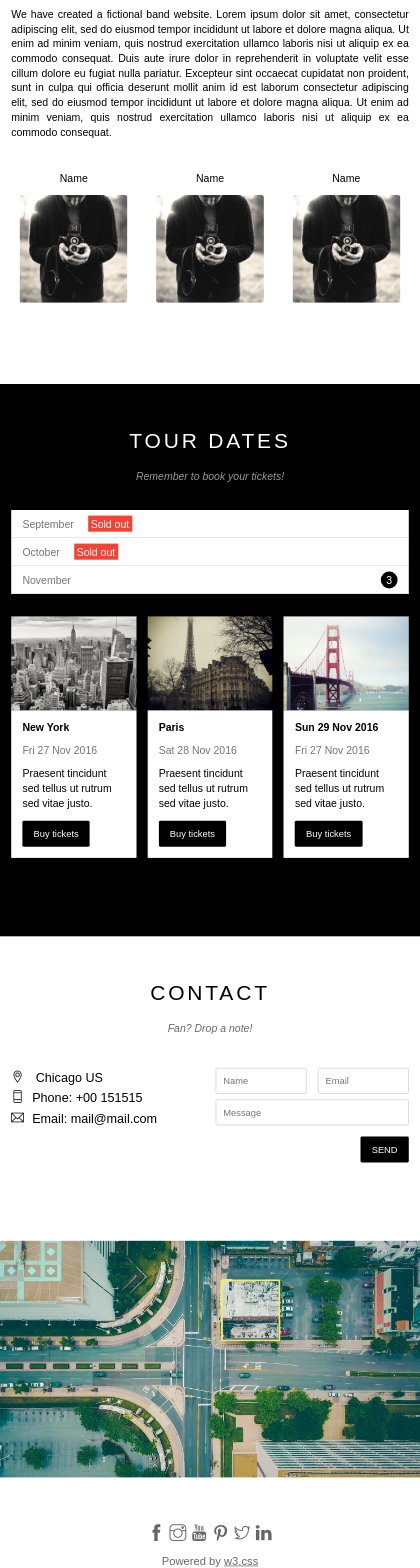
Repository: Phunobita/The-band-w3school
Page: index.html
An editor plug-in stored every save of this project. The page is shown before and after the next save, followed by the edit.
The browser window is 600 px wide. The pictures show the part of the page from y = 502 to 2742 px (the page is 2805 px tall before and 3275 px after), at 70% of full size.

Above is the page before, as saved 2021-12-03 22:54:23.

### index.html
<!DOCTYPE html>
<html lang="en">

<head>
    <meta charset="UTF-8">
    <meta http-equiv="X-UA-Compatible" content="IE=edge">
    <meta name="viewport" content="width=device-width, initial-scale=1.0">
    <title>The band</title>
    <link rel="stylesheet" href="./assets/fonts/themify-icons-font/themify-icons/themify-icons.css">
    <link rel="stylesheet" href="./assets/css/style.css">
    <link rel="stylesheet" href="./assets/css/responsive.css">
    <link rel="icon" href="/assets/img/hinh-anh-mua-thu-dep-nhat.jpg" type="image/x-icon" />
</head>

<body>
    <div id="main">
        <div id="header">
            <!--Begin nav-->
            <ul id="nav">
                <li><a href="#">Home</a></li>
                <li><a href="#band">Band</a></li>
                <li><a href="#tour">Tour</a></li>
                <li><a href="#contact">Contact</a></li>
                <li>
                    <a href="#">
                        More
                        <i class="nav-arrow-down ti-angle-down"></i>
                    </a>
                    <ul class="subnav">
                        <li><a href="#">Merchandise</a></li>
                        <li><a href="#">Extras</a></li>
                        <li><a href="#">Media</a></li>
                    </ul>
                </li>
            </ul>
            <!--End nav-->
            <div class="search-btn">
                <i class="search-icon ti-search"></i>
            </div>

            <div id="mobile-menu" class="mobile-menu-btn">
                <i class="menu-icon ti-menu-alt"></i>
            </div>
        </div>

        <div id="slider">
            <div class="text-content">
                <h2 class="heading">New York</h2>
                <div class="content">The atmosphere in New York is lorem ipsum</div>
            </div>
        </div>
        <!--About section-->
        <div id="content">
            <div id="band" class="content-section">
                <h2 class="section-heading">THE BAND</h2>
                <p class="section-sub-heading">We love music</p>
                <p class="about-text">We have created a fictional band website. Lorem ipsum dolor sit amet, consectetur
                    adipiscing elit, sed do eiusmod tempor incididunt ut labore et dolore magna aliqua. Ut enim ad minim
                    veniam, quis nostrud exercitation ullamco laboris nisi ut aliquip ex ea commodo consequat. Duis aute
                    irure dolor in reprehenderit in voluptate velit esse cillum dolore eu fugiat nulla pariatur.
                    Excepteur sint occaecat cupidatat non proident, sunt in culpa qui officia deserunt mollit anim id
                    est laborum consectetur adipiscing elit, sed do eiusmod tempor incididunt ut labore et dolore magna
                    aliqua. Ut enim ad minim veniam, quis nostrud exercitation ullamco laboris nisi ut aliquip ex ea
                    commodo consequat.</p>
                <div class=" row member-list">
                    <div class="member-item col col-third text-center">
                        <p class="member-name">Name</p>
                        <img src="./assets/img/tv.jpg" alt="Name" class="member-img">
                    </div>
                    <div class="member-item col col-third text-center">
                        <p class="member-name">Name</p>
                        <img src="./assets/img/tv.jpg" alt="Name" class="member-img">
                    </div>
                    <div class="member-item col col-third text-center">
                        <p class="member-name">Name</p>
                        <img src="./assets/img/tv.jpg" alt="Name" class="member-img">
                    </div>
                </div>
            </div>

            <!--Tour section-->
            <div id="tour" class="tour__section">
                <div class="content-section">
                    <h2 class="section-heading text-white">TOUR DATES</h2>
                    <p class="section-sub-heading text-white">Remember to book your tickets!</p>

                    <ul class="ticket__list">
                        <li class="ticket__list-item">
                            September
                            <span class="sold-out">Sold out</span>
                        </li>
                        <li class="ticket__list-item">
                            October
                            <span class="sold-out">Sold out</span>
                        </li>
                        <li class="ticket__list-item">
                            November
                            <span class="quantity">3</span>
                        </li>
                    </ul>
                    <div class="row place__list">
                        <div class="col col-third ">
                            <img src="./assets/img/newyork.jpg" alt="New York" class="place__img">
                            <div class="place-body">
                                <h3 class="place-heading">New York</h3>
                                <p class="place-time">Fri 27 Nov 2016</p>
                                <p class="place-description">Praesent tincidunt sed tellus ut rutrum sed vitae justo.
                                </p>
                                <button href="#" class="btn js-buy-ticket">Buy tickets</button>
                            </div>
                        </div>
                        <div class="col col-third ">
                            <img src="./assets/img/paris.jpg" alt="New York" class="place__img">
                            <div class="place-body">
                                <h3 class="place-heading">Paris</h3>
                                <p class="place-time">Sat 28 Nov 2016</p>
                                <p class="place-description">Praesent tincidunt sed tellus ut rutrum sed vitae justo.
                                </p>
                                <button href="#" class="btn js-buy-ticket">Buy tickets</button>
                            </div>
                        </div>
                        <div class="col col-third ">
                            <img src="./assets/img/sanfran.jpg" alt="New York" class="place__img">
                            <div class="place-body">
                                <h3 class="place-heading">Sun 29 Nov 2016</h3>
                                <p class="place-time">Fri 27 Nov 2016</p>
                                <p class="place-description">Praesent tincidunt sed tellus ut rutrum sed vitae justo.
                                </p>
                                <button href="#" class="btn js-buy-ticket">Buy tickets</button>
                            </div>
                        </div>
                    </div>
                </div>
            </div>
            <!--Contact section-->
            <div id="contact" class="content-section">
                <h2 class="section-heading">CONTACT</h2>
                <p class="section-sub-heading">Fan? Drop a note!</p>

                <div class="row contact-content">
                    <div class="col col-half contact-info">
                        <p><i class="contact-icon ti-location-pin"></i> Chicago US</p>
                        <p><i class="contact-icon ti-mobile"></i>Phone: +00 151515</p>
                        <p><i class="contact-icon ti-email"></i>Email: mail@mail.com</p>
                    </div>
                    <div class="col col-half contact-form">
                        <form action="">
                            <div class="row">
                                <div class="col col-half">
                                    <input type="text" name="" required id="" class="form-control" placeholder="Name">
                                </div>
                                <div class="col col-half">
                                    <input type="email" name="" required id="" class="form-control" placeholder="Email">
                                </div>
                            </div>
                            <div class="row mt-8">
                                <div class="col col-full">
                                    <input type="" name="" required id="" class="form-control" placeholder="Message">
                                </div>
                            </div>
                            <input class="btn pull-right mt-16" type="submit" value="SEND">
                        </form>
                    </div>
                </div>
            </div>

            <div class="map-section">
                <img src="/assets/img/map (1).jpg" alt="">

            </div>

            <div id="footer">
                <div class="social-list">
                    <a href=""><i class="ti-facebook"></i></a>
                    <a href=""><i class="ti-instagram"></i></a>
                    <a href=""><i class="ti-youtube"></i></a>
                    <a href=""><i class="ti-pinterest"></i></a>
                    <a href=""><i class="ti-twitter"></i></a>
                    <a href=""><i class="ti-linkedin"></i></a>
                </div>
                <p class="copyright">Powered by <a href="">w3.css</a></p>
            </div>
        </div>

        <div class="modal js-modal">
            <div class="modal-container js-modal-container">
                <div class="modal-close js-modal-close">
                    <i class="ti-close"></i>
                </div>

                <header class="modal-header">
                    <i class="modal-heading-icon ti-bag"></i>
                    Tickets
                </header>

                <div class="modal-body">
                    <label for="ticket-quantity" class="modal-label">
                        <i class="ti-shopping-cart"></i>
                        Tickets, $15 per person
                    </label>
                    <input id="ticket-quantity" type="text" class="modal-input" placeholder="How many?">

                    <label for="ticket-email" class="modal-label">
                        <i class="ti-user"></i>
                        Send To
                    </label>
                    <input id="ticket-email" type="email" class="modal-input" placeholder="Enter email">
                    <button id="buy-ticket">
                        Pay <i class="ti-check"></i>
                    </button>
                </div>
                <footer class="modal-footer">
                    <p class="modal-help">Need <a href="">help?</a></p>
                </footer>
            </div>
        </div>
    </div>

    <script>
        const buyBtns = document.querySelectorAll('.js-buy-ticket')
        const modal = document.querySelector('.js-modal')
        const modalContainer = document.querySelector('.js-modal-container')
        const modalClose = document.querySelector('.js-modal-close')

        function showBuyTickets() {
            modal.classList.add('open')
        }

        function hideBuyTickets() {
            modal.classList.remove('open')
        }

        for (const buyBtn of buyBtns) {
            buyBtn.addEventListener('click', showBuyTickets)
        }

        modalClose.addEventListener('click', hideBuyTickets)
        modal.addEventListener('click', hideBuyTickets)
        modalContainer.addEventListener('click', function (event) {
            event.stopPropagation()
        }
        )
    </script>

    <script>
        var header = document.getElementById('header');
        var mobileMenu = document.getElementById('mobile-menu');
        var headerHeight = header.clientHeight;

        mobileMenu.onclick = function () {
            var isClose = header.clientHeight === headerHeight;
            if (isClose) {
                header.style.height = 'auto';
            }
            else {
                header.style.height = null;
            }
        }

        //
        var menuItems = document.querySelectorAll('#nav li a[href*="#"]');
        for (var i = 0; i < menuItems.length; i++) {
            var menuItem = menuItems[i];
            var isParentMenu = menuItem.nextElementSibling && menuItem.nextElementSibling.classList.contains('subnav')

            menuItem.onclick = function (event) {
                var isParentMenu = this.nextElementSibling && this.nextElementSibling.classList.contains('subnav')
                if (!isParentMenu) {
                    header.style.height = null;
                }
                else {
                    event.preventDefault();
                }
            }
        }
    </script>
</body>

</html>

### assets/css/style.css
* {
  padding: 0;
  margin: 0;
  box-sizing: border-box;
}
html {
  scroll-behavior: smooth;
  font-family: Arial, Helvetica, sans-serif;
}
/*
1.vi tri
2. kich thuoc
3.Mau sac
4. Hinh dang
*/
.clear {
  clear: both;
}

.text-white {
  color: #fff !important;
}

.text-center {
  text-align: center !important;
}

.pull-right {
  float: right;
}
.row {
  margin-left: -8px;
  margin-right: -8px;
}
.row::after {
  content: "";
  display: block;
  clear: both;
}

.col {
  float: left;
  padding-left: 8px;
  padding-right: 8px;
}

.col-full {
  width: 100%;
}

.col-half {
  width: 50%;
}
.col-third {
  width: 33.3333%;
}

.mt-8 {
  margin-top: 8px !important;
}

.mt-16 {
  margin-top: 16px !important;
}

.btn {
  display: inline-block;
  background-color: black;
  border: none;
  color: #fff;
  text-decoration: none;
  padding: 11px 16px;
  margin-top: 15px;
  border-radius: 2px;
  cursor: pointer;
}
.btn:hover {
  color: #000;
  background-color: #ccc;
}
#main {
}
#header {
  height: 46px;
  background-color: black;
  position: fixed;
  top: 0;
  left: 0;
  right: 0;
  z-index: 1;
}
#nav {
  display: inline-block;
}
#nav,
.subnav {
  list-style-type: none;
}
#nav > li > a {
  color: #fff;
  text-transform: uppercase;
}
#nav li a {
  text-decoration: none;
  line-height: 46px;
  padding: 0 24px;
  display: block;
}
#nav > li:hover > a,
#nav .subnav li:hover a {
  color: black;
  background-color: #ccc;
}
#nav li:hover .subnav {
  display: block;
}
#nav > li {
  display: inline-block;
  position: relative;
}
#nav .nav-arrow-down {
  font-size: 14px;
}
#nav .subnav {
  display: none;
  min-width: 160px;
  position: absolute;
  top: 100%;
  background-color: white;
  box-shadow: 0 0 10px rgba(0, 0, 0, 0.3);
}
#nav .subnav a {
  color: black;
  padding: 0 12px;
  line-height: 38px;
}

#header .mobile-menu-btn {
  position: absolute;
  top: 0;
  right: 0;
  display: none;
}

#header .mobile-menu-btn,
#header .search-btn {
  float: right;
  padding: 0 21px;
}
#header .search-btn:hover {
  background-color: #f44336;
  cursor: pointer;
}
#header .mobile-menu-btn:hover {
  background-color: #ccc;
}
#header .mobile-menu-btn:hover .menu-icon {
  color: #000;
}
.menu-icon,
#header .search-icon {
  color: #fff;
  font-size: 20px;
  line-height: 46px;
}
#header .search-btn:hover {
  background-color: #f44336;
}
#slider {
  margin-top: 46px;
  padding-top: 50%;
  position: relative;
  background: url("/assets/img/slider1.jpg") top center / cover no-repeat;
}

#slider .text-content {
  position: absolute;
  bottom: 47px;
  color: white;
  width: 100%;
  text-align: center;
}
#silder .heading {
  font-weight: 500px;
  font-size: 24px;
}
#slider .content {
  font-size: 15px;
  margin-top: 25px;
}
#content {
}
#content .content-section {
  padding: 64px 0 112px;
  width: 800px;
  max-width: 100%;
  margin-left: auto;
  margin-right: auto;
  padding-left: 16px;
  padding-right: 16px;
}
#content .section-heading {
  font-size: 30px;
  font-weight: 500;
  text-align: center;
  letter-spacing: 4px;
}
#content .section-sub-heading {
  font-size: 15px;
  text-align: center;
  margin-top: 25px;
  font-style: italic;
  opacity: 0.6;
}
#content .about-text {
  margin-top: 25px;
  text-align: justify;
  line-height: 1.4;
  font-size: 15px;
}

#content .member-list {
  margin-top: 48px;
}
#content .member-name {
  font-size: 15px;
  margin-bottom: 15px;
}
#content .member-img {
  width: 154px;
  border-radius: 4px;
}

/* Tour section */
.tour__section {
  background-color: #000;
}

.ticket__list {
  background-color: #fff;
  margin-top: 40px;
  list-style: none;
}
.ticket__list-item {
  color: #757575;
  font-size: 15px;
  padding: 11px 16px;
  border-bottom: 1px solid #ddd;
}
.ticket__list .sold-out {
  color: #fff;
  background-color: #f44336;
  padding: 3px 4px;
  margin-left: 16px;
}
.ticket__list .quantity {
  float: right;
  width: 24px;
  height: 24px;
  background-color: #000;
  color: #fff;
  border-radius: 50%;
  text-align: center;
  line-height: 24px;
  margin-top: -3px;
}

/*  Place body*/
.place__list {
  margin-top: 32px;
}

.place__img {
  width: 100%;
  display: block;
}
.place__img:hover {
  opacity: 0.7;
}
.place-body {
  background-color: #fff;
  padding: 16px;
  font-size: 15px;
}
.place-heading {
  font-size: 15px;
  font-weight: 600;
}
.place-time {
  margin-top: 15px;
  color: #757575;
}
.place-description {
  margin-top: 15px;
  line-height: 1.4;
}

/* Modal */
.modal {
  position: fixed;
  top: 0;
  left: 0;
  bottom: 0;
  right: 0;
  background-color: rgba(0, 0, 0, 0.4);
  align-items: center;
  justify-content: center;
  display: none;
}
.modal.open {
  display: flex;
}
.modal-container {
  background-color: #fff;
  width: 900px;
  max-width: calc(100% - 32px);
  min-height: 200px;
  position: relative;
  animation: modalFadeIn ease 0.5s;
}
.modal-header {
  background-color: #009688;
  height: 130px;
  display: flex;
  align-items: center;
  justify-content: center;
  font-size: 30px;
  color: #fff;
}
.modal-heading-icon {
  margin-right: 16px;
}
.modal-close {
  position: absolute;
  right: 0;
  top: 0;
  padding: 16px;
  cursor: pointer;
  color: #fff;
}
.modal-close:hover {
  background-color: #ccc;
}
.modal-body {
  padding: 16px;
}

.modal-label {
  display: block;
  font-size: 15px;
  margin-bottom: 12px;
}

.modal-input {
  border: 1px solid #ccc;
  font-size: 15px;
  width: 100%;
  padding: 10px;
  margin-bottom: 24px;
}
#buy-ticket {
  background-color: #009688;
  border: none;
  width: 100%;
  padding: 18px;
  font-size: 15px;
  color: #fff;
  text-transform: uppercase;
  font-weight: 700;
  cursor: pointer;
}
#buy-ticket:hover {
  opacity: 0.8;
}

.modal-footer {
  padding: 16px;
  text-align: right;
}
.modal-help a {
  color: #2196f3;
}

/* Contact form */
.contact-content {
  margin-top: 48px;
}

.contact-info {
  font-size: 18px;
  line-height: 1.6;
}

.contact-icon {
  display: inline-block;
  width: 30px;
}

.contact-form {
  font-size: 15px;
}

.contact-form .form-control {
  padding: 10px;
  border: 1px solid #ccc;
  width: 100%;
  outline: border 1px solid;
}
.contact-form input {
  border-radius: 2px;
}
/* map section */
.map-section img {
  width: 100%;
}

#footer {
  padding: 64px 16px;
  text-align: center;
}

#footer .social-list {
  font-size: 24px;
}
#footer .social-list a {
  color: rgba(0, 0, 0, 0.6);
  text-decoration: none;
}
#footer .copyright a:hover,
#footer .social-list a :hover {
  color: rgba(0, 0, 0, 0.4);
}

#footer .copyright {
  margin-top: 15px;
  color: rgba(0, 0, 0, 0.6);
}
#footer .copyright a {
  color: rgba(0, 0, 0, 0.6);
}
@keyframes modalFadeIn {
  from {
    opacity: 0;
    transform: translateY(-150px);
  }
  to {
    opacity: 1;
    transform: translateY(0);
  }
}

### assets/css/responsive.css
@media (max-width: 1024px) {
}

@media (min-width: 740px) and (max-width: 1023px) {
}

@media (max-width: 740px) {
  #header {
    overflow: hidden;
  }
  #header .mobile-menu-btn {
    display: block;
  }
  #header .search-btn {
    display: none;
  }

  #nav > li {
    display: block;
  }
  #nav li a {
    padding: 2px 24px;
  }
  #nav {
    display: block;
  }
  #nav > li:first-child {
    display: inline-block;
  }

  #nav .subnav {
    position: initial;
    background-color: #333;
  }
  #nav .subnav a {
    color: #fff;
    padding: 5px 41px;
  }

  #content .member-item {
  }
}

Loaded but not shown: assets/fonts/themify-icons-font/themify-icons/themify-icons.css (common file)

After the next save:
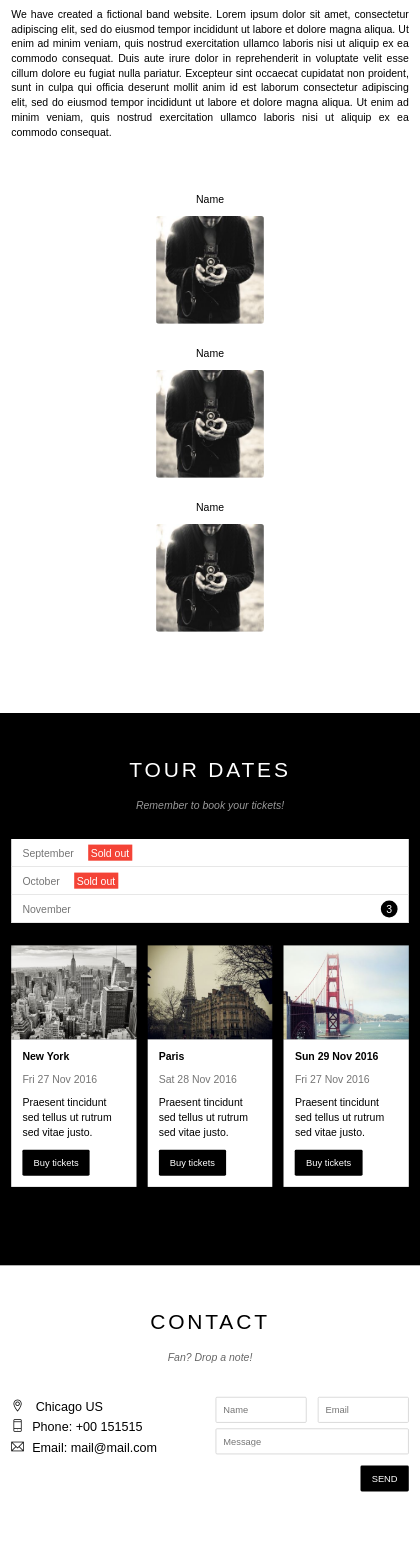
Saved 15 s later.
--- a/assets/css/responsive.css
+++ b/assets/css/responsive.css
@@ -38,5 +38,7 @@
   }
 
   #content .member-item {
+    margin-top: 30px;
+    width: 100%;
   }
 }
